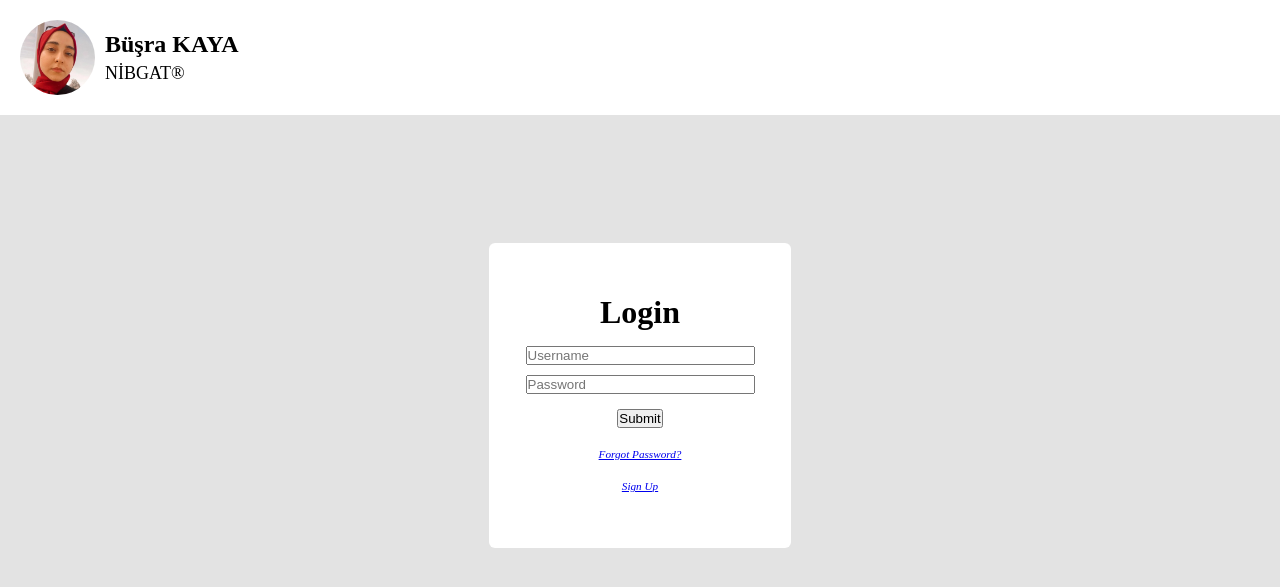
Repository: busra-kayaa/LoginPage
Page: login.html
An editor plug-in stored every save of this project. The page is shown before and after the next save, followed by the edit.
The browser window is 1280 px wide. The pictures show the whole page.

Above is the page before, as saved 2024-01-02 18:56:52.

### login.html
<!DOCTYPE html>
<html>
    <head>
        <title>Login Page</title>
        <link rel="stylesheet" href="./style.css" type="text/css"/>
    </head>
    <body>
        <div class="header-container">
            <div
                class="header-left-side-container"
            >
                <img
                    src="./busra.jpg"
                    height="75px"
                    width="75px"
                    class="logo"
                />
                <div class="header-desc-container">
                    <span class="header-title">
                        Büşra KAYA
                    </span>
                    <span class="header-content">
                        NİBGAT®
                    </span>
                </div>
            </div>
        </div>
        <div class="login-from-container">
          <div class ="login-text"><h1>Login</h1></div>
            <div class="input-group1">
                <i class="fa fa-user"></i>
                <input
                    type="text"
                    placeholder="Username"
                    class="input-text"
                    autocomplete="off"
                />
            </div>
            <div class="input-group2">
                <i class="fa fa-unclok-alt"></i>
                <input
                    type="password"
                    placeholder="Password"
                    class="input-text"
                    autocomplete="off"
                />
            </div>
            <div class="subgroup">
                <div class="button-group" id="login-button">
                    <button onclick="alert('Bilgileriniz Başarıyla Alınmıştır.')">Submit</button>
                </div>
                <div class="footer">
                    <a href="#" target="_blank">Forgot Password? </a>
                    <a href="#" target="_blank">Sign Up</a>
                </div>
            </div>
        </div>
    </body>
</html>

### style.css

* {
    padding: 0;
    margin: 0;
}

body {
    background-color: #e3e3e3;
}

.header-container {
    justify-content: space-between;
    background-color: #ffffff;
    flex-direction: row;
    align-items: center;
    padding: 20px;
    display: flex;
    margin-bottom: 10%;
}

.header-left-side-container {
    flex-direction: row;
    align-items: center;
    display: flex;
}

.logo {
    border-radius: 50%;
    margin-right: 10px;
}

.header-desc-container {
    display: flex;
    flex-direction: column;
}

.header-title {
    display: flex;
    flex-direction:column;
    font-weight: bold;
    font-size: 24px;
    margin-bottom: 5px;
}

.header-content {
    font-weight:normal;
    font-size: 18px;
    color:rgb(0, 0, 0);
}

.login-from-container {
    background-color: #ffffff;
    display: flex;
    border-radius: 2%;
    flex-direction: column;
    align-items: center;
    text-align: center;
    margin: auto;
    width: 200px;
    padding: 4%;
}

.login-text {
    padding-bottom: 15px;
}

.input-group1 {
    margin-bottom: 5px;
}
.input-text {
    width: 225px;
}

.input-group2 {
    margin-top: 5px;
}

.button-group {
    color: black ;
    border: none;
    color: white;
    text-align: center;
    text-decoration: none;
    display: inline-block;
    font-size: 16px;
    margin: 15px 2px;
    cursor: pointer;
}

.footer {
    margin: 5px;
    display: flex;
    flex-direction:column;
    font-size: 70%;
    font-style: italic;
    gap: 20px;
}

After the next save:
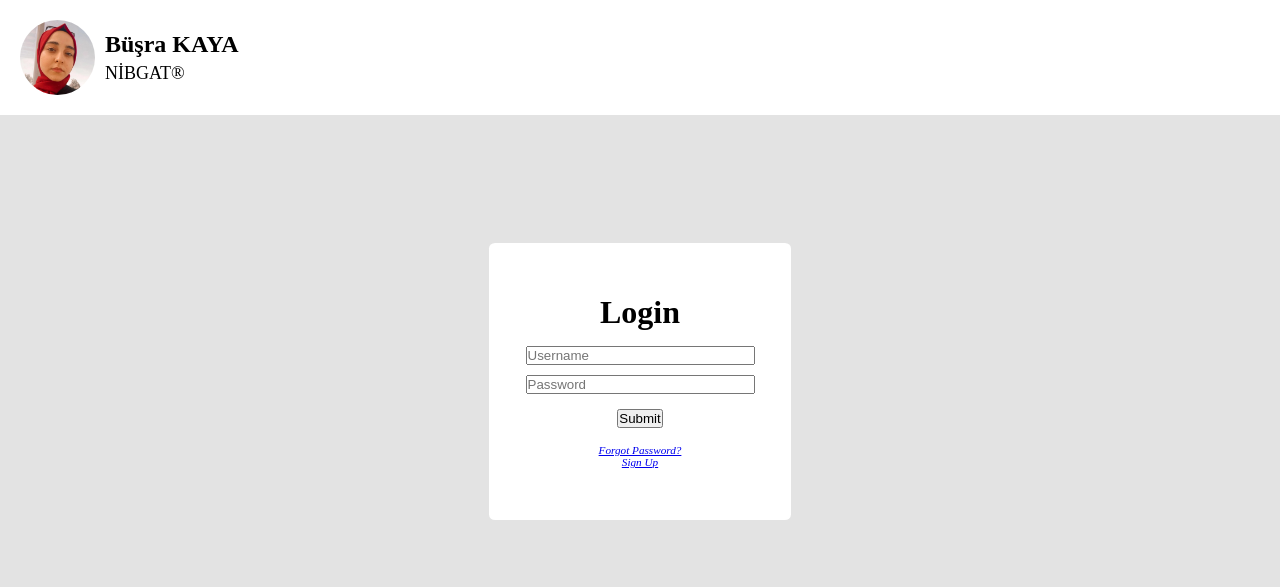
Saved 14 s later.
--- a/style.css
+++ b/style.css
@@ -88,10 +88,10 @@ body {
 }
 
 .footer {
-    margin: 5px;
+    margin: 1px;
     display: flex;
     flex-direction:column;
     font-size: 70%;
     font-style: italic;
-    gap: 20px;
+
 }
